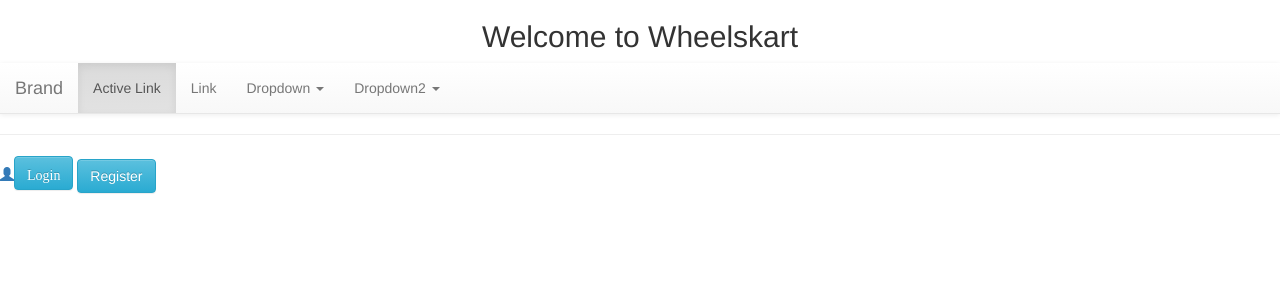
Repository: mrahulbisht/Wheelskart-Project
Page: http://localhost/WheelskartFrontEnd/Home.jsp
An editor plug-in stored every save of this project. The page is shown before and after the next save, followed by the edit.
The browser window is 1280 px wide. The pictures show the whole page.
Some web libraries are served in a nearby version. The page is served by Tomcat 9.

Above is the page before, as saved 2017-04-22 07:46:03.

After the next save:
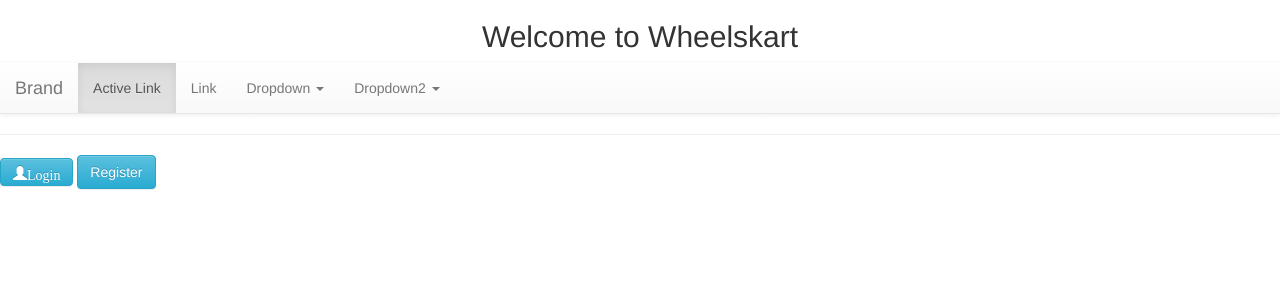
Saved 88 s later.
--- a/project/WheelskartFrontEnd/src/main/webapp/Home.jsp
+++ b/project/WheelskartFrontEnd/src/main/webapp/Home.jsp
@@ -21,7 +21,7 @@
 	<hr color="blue">
 
 
-	<a href="LoginPage">    <span class="glyphicon glyphicon-user"><button type="button" class="btn btn-info">Login</button></span></a>
+	<a href="LoginPage">    <button type="button" class="btn btn-info"><span class="glyphicon glyphicon-user">Login</span></button></a>
 
 
 	<a href="RegistrationPage"> <button type="button" class="btn btn-info">Register</button></a>
